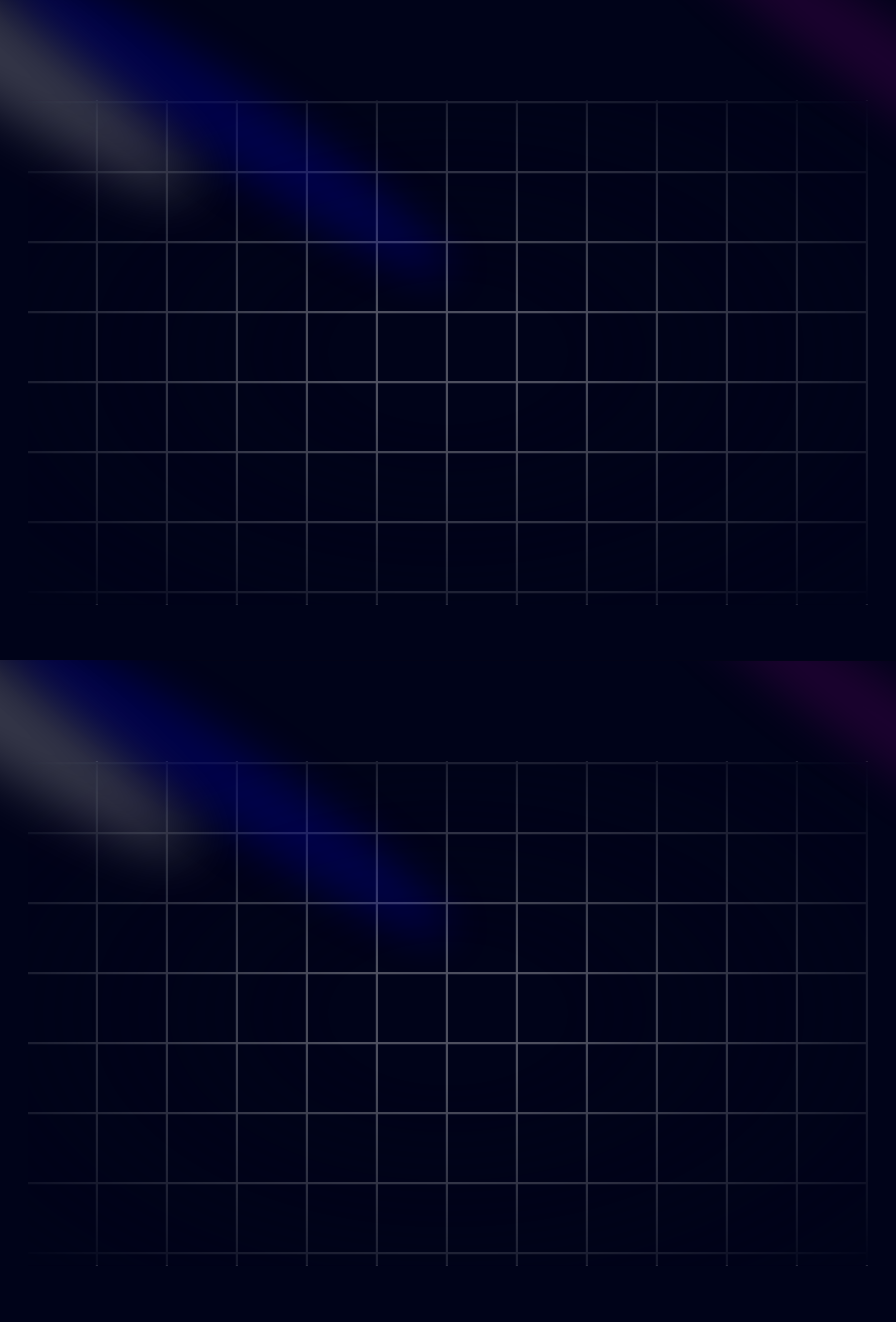
Repository: iharshitjaiswal/next_portfolio
Page: /
These files come from the project's save history. The page is drawn as it stood at one moment and after a run of saves; the edit follows.
The browser window is 1280 px wide. The pictures show the whole page, at 70% of full size.
The project was rebuilt for these pictures with package versions that can differ from the ones it lists, and the page was loaded fresh each time. The framework's server and built-in components were replaced by stand-ins that run in the browser. Also part of the build but not shown: next.config.mjs.

Above is the page before, as saved 2024-05-22 18:11:22.

After the next 2 saves:
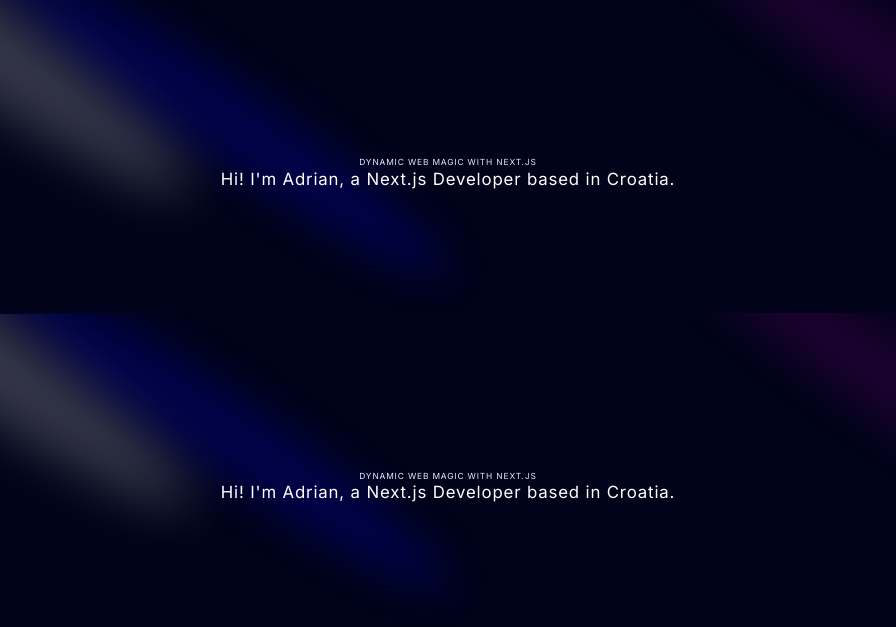
The 2 saves are shown as one change because 1 did not build or start.
The last was saved 7 min 16 s later.
--- a/components/Hero.tsx
+++ b/components/Hero.tsx
@@ -15,9 +15,22 @@
         />
         <Spotlight className="top-28 left-80 h-[80vh] w-[50vw]" fill="blue" />
       </div>
-      <div className="h-screen w-full dark:bg-black-100 bg-white  dark:bg-grid-white/[0.3] bg-grid-black/[0.2] relative flex items-center justify-center">
-        {/* Radial gradient for the container to give a faded look */}
-        <div className="absolute pointer-events-none inset-0 flex items-center justify-center dark:bg-black-100 bg-white [mask-image:radial-gradient(ellipse_at_center,transparent_20%,black)]" />
+      <div className="flex justify-center relative my-20 z-10">
+        <div className="max-w-[89vw] md:max-w-2xl lg:max-w-[60vw] flex flex-col items-center justify-center">
+          <p className="uppercase tracking-widest text-xs text-center text-blue-100 max-w-80">
+            Dynamic Web Magic with Next.js
+          </p>
+
+          {/**
+           *  Link: https://ui.aceternity.com/components/text-generate-effect
+           *
+           *  change md:text-6xl, add more responsive code
+           */}
+
+          <p className="text-center md:tracking-wider mb-4 text-sm md:text-lg lg:text-2xl">
+            Hi! I&apos;m Adrian, a Next.js Developer based in Croatia.
+          </p>
+        </div>
       </div>
     </div>
   );
